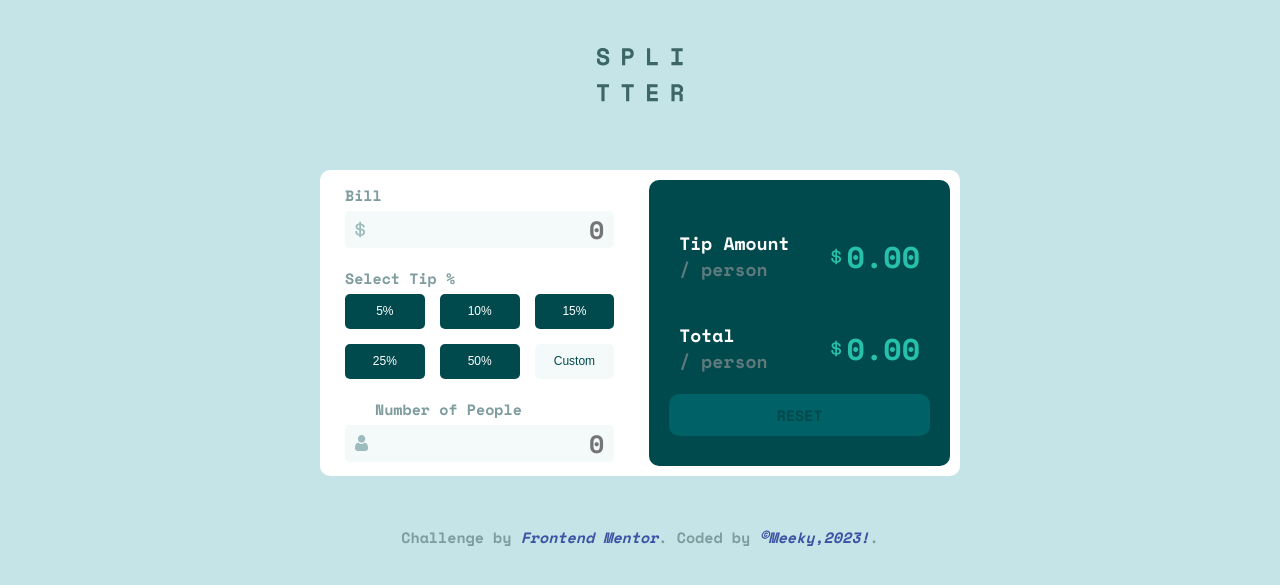
Repository: MeekyBerry/Frontend-Mentor-Challenges
Page: tip-calculator-app/index.html
An editor plug-in stored every save of this project. The page is shown before and after the next save, followed by the edit.
The browser window is 1280 px wide. The pictures show the whole page.

Above is the page before, as saved 2023-04-07 20:56:30.

### tip-calculator-app/index.html
<!DOCTYPE html>
<html lang="en">

<head>
  <meta charset="UTF-8">
  <meta name="viewport" content="width=device-width, initial-scale=1.0">
  <link rel="icon" type="image/png" sizes="32x32" href="./css/images/favicon-32x32.png">
  <title> Tip calculator app</title>
  <link rel="stylesheet" href="./css/style.css">
  <script src="./script.js" defer></script>
</head>

<body>
  <div class="heading-logo">
    <img src="./css/images/logo.svg" alt="Logo" class="logo">
  </div>

  <form id="form" class="background">
    <div class="first-container">
      <div class="first-container__content">
        <label for="bill">Bill</label>
        <input type="number" id="bill" placeholder="0" class="bill-input__img input-bar">
      </div>

      <div class="tip">
        <div class="tip--heading">Select Tip %</div>
        <div class="percent-container">
          <button type="button" class="percent five">5%</button>
          <button type="button" class="percent ten">10%</button>
          <button type="button" class="percent fiftheen">15%</button>
          <button type="button" class="percent twenty-five">25%</button>
          <button type="button" class="percent fifty">50%</button>
          <button type="button" class="percent custom" id="cst-btn">Custom</button>
        </div>
      </div>
      <div class="first-container__content">
        <div class="people-validate">
          <label for="number">Number of People</label>
          <span id="validate" class="people-zero">Can't be zero</span>
        </div>
        <!-- <div class="icon-box"> -->
          <input type="number" id="people" class="people-input__img input-bar" placeholder="0">
        <!-- </div> -->
      </div>
    </div>

    <div class="second-container">
      <div class="amount">
        <p>Tip Amount <span class="person">/ person</span></p>
        <div class="digit">
          <svg xmlns="http://www.w3.org/2000/svg" width="11" height="17">
            <path fill="var(--Strong-cyan)"
              d="M6.016 16.328v-1.464c1.232-.08 2.22-.444 2.964-1.092.744-.648 1.116-1.508 1.116-2.58v-.144c0-.992-.348-1.772-1.044-2.34-.696-.568-1.708-.932-3.036-1.092V4.184c.56.144 1.012.4 1.356.768.344.368.516.816.516 1.344v.288h1.824v-.432c0-.448-.088-.876-.264-1.284a3.783 3.783 0 00-.744-1.116A4.251 4.251 0 007.54 2.9a5.324 5.324 0 00-1.524-.492V.872H4.288V2.36a5.532 5.532 0 00-1.416.324c-.448.168-.84.392-1.176.672-.336.28-.604.616-.804 1.008-.2.392-.3.844-.3 1.356v.144c0 .96.316 1.708.948 2.244.632.536 1.548.884 2.748 1.044v3.912c-.704-.16-1.248-.472-1.632-.936-.384-.464-.576-1.08-.576-1.848v-.288H.256v.576c0 .464.08.924.24 1.38.16.456.404.88.732 1.272.328.392.744.728 1.248 1.008s1.108.476 1.812.588v1.512h1.728zM4.288 7.424c-.688-.128-1.164-.332-1.428-.612-.264-.28-.396-.644-.396-1.092 0-.464.176-.832.528-1.104.352-.272.784-.448 1.296-.528v3.336zm1.728 5.712V9.344c.768.128 1.328.328 1.68.6.352.272.528.688.528 1.248 0 .544-.196.984-.588 1.32-.392.336-.932.544-1.62.624z" />
          </svg>
          <span id="tip-amount" class="amount-span">0.00</span>
        </div>
      </div>

      <div class="amount">
        <p>Total <span class="person">/ person</span></p>
        <div class="digit">
          <svg xmlns="http://www.w3.org/2000/svg" width="11" height="17">
            <path fill="var(--Strong-cyan)"
              d="M6.016 16.328v-1.464c1.232-.08 2.22-.444 2.964-1.092.744-.648 1.116-1.508 1.116-2.58v-.144c0-.992-.348-1.772-1.044-2.34-.696-.568-1.708-.932-3.036-1.092V4.184c.56.144 1.012.4 1.356.768.344.368.516.816.516 1.344v.288h1.824v-.432c0-.448-.088-.876-.264-1.284a3.783 3.783 0 00-.744-1.116A4.251 4.251 0 007.54 2.9a5.324 5.324 0 00-1.524-.492V.872H4.288V2.36a5.532 5.532 0 00-1.416.324c-.448.168-.84.392-1.176.672-.336.28-.604.616-.804 1.008-.2.392-.3.844-.3 1.356v.144c0 .96.316 1.708.948 2.244.632.536 1.548.884 2.748 1.044v3.912c-.704-.16-1.248-.472-1.632-.936-.384-.464-.576-1.08-.576-1.848v-.288H.256v.576c0 .464.08.924.24 1.38.16.456.404.88.732 1.272.328.392.744.728 1.248 1.008s1.108.476 1.812.588v1.512h1.728zM4.288 7.424c-.688-.128-1.164-.332-1.428-.612-.264-.28-.396-.644-.396-1.092 0-.464.176-.832.528-1.104.352-.272.784-.448 1.296-.528v3.336zm1.728 5.712V9.344c.768.128 1.328.328 1.68.6.352.272.528.688.528 1.248 0 .544-.196.984-.588 1.32-.392.336-.932.544-1.62.624z" />
          </svg>
          <span id="total-amount" class="amount-span">0.00</span>
        </div>
      </div>
      <div class="btn-wrapper">
        <button type="reset" id="reset" class="btn">Reset</button>
      </div>
    </div>
  </form>

  <div class="attribution">
    Challenge by <a href="https://www.frontendmentor.io?ref=challenge" target="_blank">Frontend Mentor</a>.
    Coded by <a href="https://www.linkedin.com/in/mikkylanky/" target="_blank">&copy;Meeky,2023!</a>.
  </div>
</body>

</html>

### tip-calculator-app/css/style.css
@import url("https://fonts.googleapis.com/css2?family=Space+Mono:wght@400;700&display=swap");

:root {
  /* ### Primary */
  --Strong-cyan: hsl(172, 67%, 45%);
  /* ### Neutral */
  --Very-dark-cyan: hsl(183, 100%, 15%);
  --Dark-grayish-cyan: hsl(186, 14%, 43%);
  --Grayish-cyan: hsl(184, 14%, 56%);
  --Light-grayish-cyan: hsl(185, 41%, 84%);
  --Very-light-grayish-cyan: hsl(189, 41%, 97%);
  --White: hsl(0, 0%, 100%);
  --dark-blue: hsl(228, 45%, 44%);
}

html {
  font-size: 50%;
}

*,
::before,
::after {
  margin: 0;
  padding: 0;
  box-sizing: border-box;
}

body {
  font-size: 1.8rem;
  font-family: "Space Mono", sans-serif;
  font-weight: 700;
  background-color: var(--Light-grayish-cyan);
  color: var(--Grayish-cyan);
  height: 100%;
  width: 100%;
}

.heading-logo {
  height: 15rem;
  width: 100%;
  position: relative;
}

.logo {
  position: absolute;
  top: 50%;
  left: 50%;
  transform: translate(-50%, -50%);
}

.background {
  display: flex;
  flex-direction: column;
  justify-content: space-around;
  gap: 1rem;
  background-color: var(--White);
  height: 100%;
  width: 60%;
  border-radius: 1rem;
  padding: 1rem;
  margin: 2rem auto;
  -webkit-border-radius: 1rem;
  -moz-border-radius: 1rem;
  -ms-border-radius: 1rem;
  -o-border-radius: 1rem;
}

.first-container {
  width: 100%;
  display: flex;
  flex-direction: column;
  align-items: center;
}

.first-container__content {
  display: flex;
  flex-direction: column;
  justify-content: center;
  align-items: center;
  gap: .5rem;
  width: 90%;
}

.people-validate {
  display: flex;
  align-items: center;
  width: 100%;
  border: none;
  border-radius: .5rem;
  font-size: 2.5rem;
  padding: 0 1rem 0 3rem;
}

.people-zero {
  color: red;
  font-size: 1.5rem;
  font-family: "Space Mono", sans-serif;
  font-weight: 400;
  display: none;
}

label {
  font-size: 1.5rem;
  align-self: flex-start;
}

.input-bar {
  display: flex;
  justify-content: space-between;
  align-items: center;
  width: 100%;
  border: none;
  border-radius: .5rem;
  font-size: 2.5rem;
  font-family: "Space Mono", sans-serif;
  font-weight: 700;
  text-align: end;
  padding: 0 1rem 0 3rem;
}

.input-bar:focus {
  outline-color: var(--Strong-cyan);
}

.bill-input__img {
  background: url(../css/images/icon-dollar.svg) no-repeat var(--Very-light-grayish-cyan) 1rem 1rem;
  padding: 0 1rem 0 3rem;
}

.people-input__img {
  background: url(../css/images/icon-person.svg) no-repeat var(--Very-light-grayish-cyan) 1rem 1rem;
  padding: 0 1rem 0 3rem;
}

/* Remove Arrows/Spinners ON INPUT */
input::-webkit-outer-spin-button,
input::-webkit-inner-spin-button {
  -webkit-appearance: none;
}

/* Firefox */
input[type="number"] {
  -moz-appearance: textfield;
}

.tip {
  padding: 1rem 0;
  width: 90%;
}

.tip--heading {
  font-size: 1.5rem;
  margin-bottom: .5rem;
}

.percent-container {
  display: grid;
  grid-template-columns: repeat(2, 1fr);
  grid-template-rows: repeat(3, 1fr);
  grid-template-areas:
    "five ten"
    "fiftheen twentyFive"
    "fifty custom";
  place-items: center;
  gap: 1.5rem;
}

.percent {
  background-color: var(--Very-dark-cyan);
  color: var(--White);
  text-align: center;
  border: none;
  font-size: 1.2rem;
  width: 100%;
  height: 3.5rem;
  border-radius: .5rem;
  -webkit-border-radius: .5rem;
  -moz-border-radius: .5rem;
  -ms-border-radius: .5rem;
  -o-border-radius: .5rem;
}

.percent:active {
  background-color: var(--Light-grayish-cyan);
  color: var(--Very-dark-cyan);
  font-weight: 700;
}

.five {
  grid-area: five;
}

.ten {
  grid-area: ten;
}

.fiftheen {
  grid-area: fiftheen;
}

.twenty-five {
  grid-area: twentyFive;
}

.fifty {
  grid-area: fifty;
}

.custom {
  grid-area: custom;
  background-color: var(--Very-light-grayish-cyan);
  color: var(--Very-dark-cyan);
}

.custom-input {
  background-color: var(--Very-light-grayish-cyan);
  color: var(--Very-dark-cyan);
  border: none;
  border-radius: 1rem;
  padding: 0 1rem;
  font-size: 1.5rem;
  font-weight: 700;
  text-align: end;
  width: 100%;
  height: 100%;
}

.custom-input:focus {
  outline-color: var(--Strong-cyan);
}

.second-container {
  background-color: var(--Very-dark-cyan);
  border-radius: 1rem;
  padding: 3rem 2rem;
}

.amount {
  display: flex;
  justify-content: space-between;
  padding: 2rem 1rem;
}

p {
  color: var(--White);
}

.person {
  display: block;
  font-size: 1.8rem;
  color: var(--Dark-grayish-cyan);
}

.digit {
  display: flex;
  align-items: center;
  justify-content: center;
  gap: .5rem;
}

.amount-span {
  font-size: 3rem;
  color: var(--Strong-cyan);
}

.btn {
  width: 100%;
  padding: 1rem;
  background-color: hsl(183, 100%, 20%);
  color: var(--Very-dark-cyan);
  border: none;
  border-radius: 1rem;
  text-transform: uppercase;
  font-size: 1.5rem;
  font-weight: 700;
  font-family: "Space Mono", sans-serif;
  -webkit-border-radius: 1rem;
  -moz-border-radius: 1rem;
  -ms-border-radius: 1rem;
  -o-border-radius: 1rem;
}

.attribution {
  font-size: 1.5rem;
  text-align: center;
  margin-top: 5rem;
}

.attribution a {
  color: var(--dark-blue);
  text-decoration: none;
  font-style: italic;
}

@media only screen and (min-width: 600px) {
  html {
    font-size: 56.25%
  }

  .background {
    width: 40%;
  }
}

@media only screen and (min-width: 900px) {
  html {
    font-size: 62.5%;
  }

  .background {
    width: 50%;
    height: 50%;
    margin: 2rem auto;
    flex-direction: row;
    gap: 2rem;
    padding: 1rem;
  }

  .first-container {
    display: flex;
    flex-direction: column;
    justify-content: space-around;
    flex-basis: 50%;
  }

  .percent-container {
    grid-template-columns: repeat(3, 1fr);
    grid-template-rows: repeat(2, 1fr);
    grid-template-areas:
      "five ten fiftheen"
      "twentyFive fifty custom";
  }

  .second-container {
    display: flex;
    flex-direction: column;
    flex-basis: 50%;
  }

  .btn-wrapper {
    margin-top: auto;
  }
}

### tip-calculator-app/script.js
// 1. Get the bill amount from the input field
const billInput = document.getElementById("bill");
// 2. Get the tip percentage from the Button array
const tipButtons = document.querySelectorAll(".percent");
// 2.1. The percentage array contains a Custom button which toggles to input field when clicked
const customButton = document.querySelector(".custom");
// 2.2. Get the custom percentage from the input field
const customInput = document.createElement("input");
// Add style class to created customInput element
// customInput.classList.add('custom-input');
// 3. Get the number of people from the input field
const peopleInput = document.getElementById("people");
// 4. Calculate the tip amount per person;
const tipAmountSpan = document.getElementById("tip-amount");
// 5. Calculate the total cost per person
const totalAmountSpan = document.getElementById("total-amount");
// 6. Display the tip amount per person
const resetButton = document.getElementById("reset");
const validatePeople = document.getElementById("validate");

let bill = 0;
let tipPercentage = 0;
let customPercentage = 0;
let people = 0;

let inputPeople = false;
let error = true;

// calculate tip and total amount
const calculateTip = () => {
  if (people > 0) {
    inputPeople = true;
    let tip = (bill * (tipPercentage + customPercentage)) / 100;
    let total = bill + tip;
    let tipPerPerson = tip / people;
    let totalPerPerson = total / people;
    tipAmountSpan.textContent = `${tipPerPerson.toFixed(2)}`;
    totalAmountSpan.textContent = `${totalPerPerson.toFixed(2)}`;
  }
};

// add event listener for bill input
billInput.addEventListener("input", () => {
  bill = Number(billInput.value);
  calculateTip();
  disableReset();
});

// add event listener for people input
peopleInput.addEventListener("input", () => {
  if (peopleInput.value === "0") {
    validatePeople.style.display = "block";
    peopleInput.style.outlineColor = "red";
  } else {
    validatePeople.style.display = "none";
    peopleInput.style.outlineColor = "hsl(172, 67%, 45%)";
    people = Number(peopleInput.value);
    calculateTip();
    disableReset();
  }
});

// add event listeners for tip buttons
tipButtons.forEach((button) => {
  button.addEventListener("click", () => {
    if (button.classList.contains("custom")) {
      customInput.type = "number";
      customInput.value = "";
      customInput.classList.add("custom-input");
      if (button.parentNode) {
        button.parentNode.replaceChild(customInput, button);
        customInput.focus();
      }
    } else {
      tipPercentage = Number(button.textContent.replace("%", ""));
      calculateTip();
    }
  });
});

// add event listener for custom input
customInput.addEventListener("input", () => {
  customPercentage = Number(customInput.value);
  calculateTip();
});

// add event listener for reset button
resetButton.addEventListener("click", () => {
  billInput.value = "";
  peopleInput.value = "";
  tipAmountSpan.textContent = "0.00";
  totalAmountSpan.textContent = "0.00";
  bill = 0;
  tipPercentage = 0;
  customPercentage = 0;
  people = 0;
  if (customInput.parentNode) {
    customInput.parentNode.replaceChild(customButton, customInput);
  }
  resetButton.disabled = true;
  disableReset();
  validatePeople.style.display = "none";
});

// disable reset button
const disableReset = () => {
  if (billInput.value.trim() === "" && peopleInput.value.trim() === "") {
    resetButton.disabled = true;
    resetButton.style.backgroundColor = "hsl(183, 100%, 25%)";
  } else {
    resetButton.disabled = false;
    resetButton.style.backgroundColor = "hsl(172, 67%, 45%)";
  }
};

// add event listeners for reset button for the active state
resetButton.addEventListener("mousedown", () => {
  resetButton.style.backgroundColor = "hsl(185, 41%, 84%)";
});

resetButton.addEventListener("mouseup", () => {
  resetButton.style.backgroundColor = "hsl(183, 100%, 25%)";
});

After the next save:
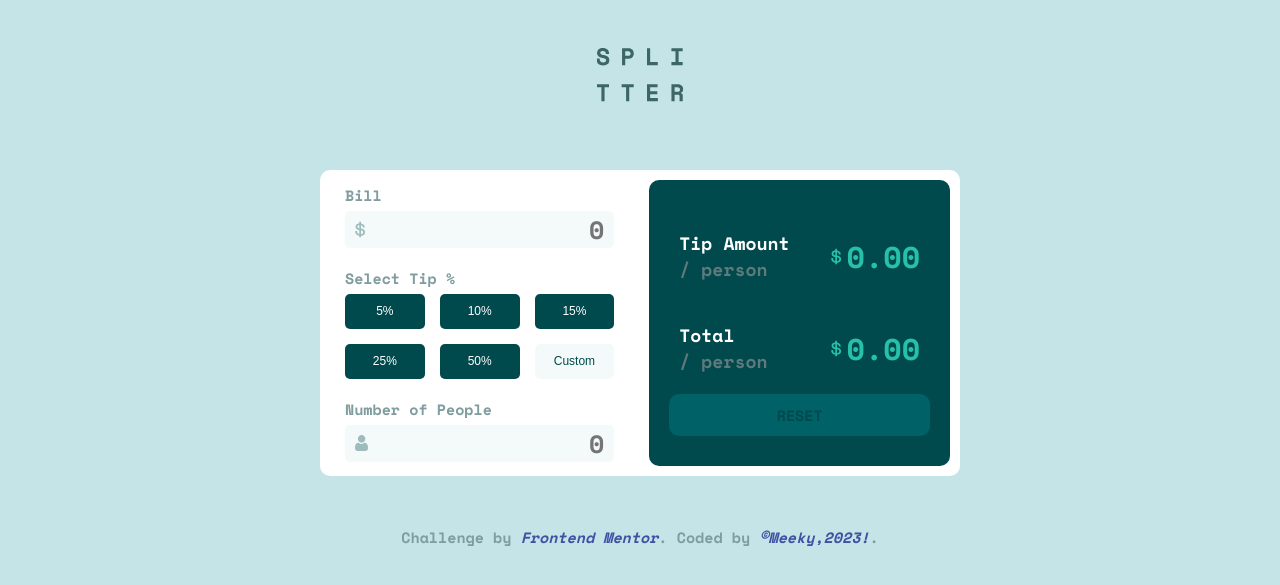
Saved 47 s later.
--- a/tip-calculator-app/css/style.css
+++ b/tip-calculator-app/css/style.css
@@ -83,12 +83,10 @@ body {
 
 .people-validate {
   display: flex;
-  align-items: center;
-  width: 100%;
-  border: none;
-  border-radius: .5rem;
-  font-size: 2.5rem;
-  padding: 0 1rem 0 3rem;
+  flex-direction: column;
+  align-items: center;
+  gap: 1rem;
+  width: 100%;
 }
 
 .people-zero {
@@ -96,6 +94,7 @@ body {
   font-size: 1.5rem;
   font-family: "Space Mono", sans-serif;
   font-weight: 400;
+  text-align: end;
   display: none;
 }
 
